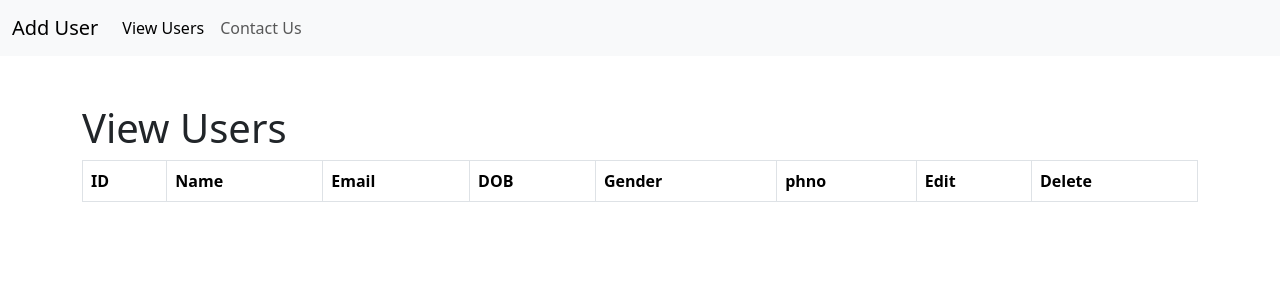
Repository: Parvezi9ahmad/01-MIniProject
Page: http://localhost/view-users
The author's editor kept a copy of each file at every save. The page is drawn from the files as they stood at one save, then again after the next save.
The browser window is 1280 px wide. The pictures show the whole page.
The page is this project's Thymeleaf template; nobody is signed in. The template is opened directly, without the code that normally fills it, so the values that code supplies are empty.

Above is the page before, as saved 2023-12-20 06:20:59.

### 01-Mini-Project-User-Mgmt-App/src/main/resources/templates/view-users.html
<!doctype html>
<html lang="en" xmlns:th="https://www.thymeleaf.org">

<head>
	<meta charset="utf-8">
	<meta name="viewport" content="width=device-width, initial-scale=1">
	<title>Bootstrap demo</title>
	<link href="https://cdn.jsdelivr.net/npm/bootstrap@5.3.2/dist/css/bootstrap.min.css" rel="stylesheet"
		integrity="sha384-T3c6CoIi6uLrA9TneNEoa7RxnatzjcDSCmG1MXxSR1GAsXEV/Dwwykc2MPK8M2HN" crossorigin="anonymous">
</head>

<body>
	<nav class="navbar navbar-expand-lg bg-body-tertiary">
		<div class="container-fluid">
			<a class="navbar-brand" href="/">Add User</a>
			<button class="navbar-toggler" type="button" data-bs-toggle="collapse" data-bs-target="#navbarNav"
				aria-controls="navbarNav" aria-expanded="false" aria-label="Toggle navigation">
				<span class="navbar-toggler-icon"></span>
			</button>
			<div class="collapse navbar-collapse" id="navbarNav">
				<ul class="navbar-nav">
					<li class="nav-item">
						<a class="nav-link active" aria-current="page" href="/users">View Users</a>
					</li>
					<li class="nav-item">
						<a class="nav-link" href="#">Contact Us</a>
					</li>

				</ul>
			</div>
		</div>
	</nav>
	<div class="container mt-5">
		<h1>View Users</h1>
		<table class="table table-bordered table-striped">
			<thead>
				<tr>
					<th>ID</th>
					<th>Name</th>
					<th>Email</th>
					<th>DOB</th>
					<th>Gender</th>
					<th>phno</th>
					<th>Edit</th>
					<th>Delete</th>
				</tr>
			</thead>
			<tbody>
			<tr th:each="user: ${users}">
			<td th:text="${user.userId}"></td>
			<td th:text="${user.fullName}"></td>
			<td th:text="${user.email}"></td>
			<td th:text="${user.dob}"></td>
			<td th:text="${user.gender}"></td>
			<td th:text="${user.phno}"></td>
			<td><a href="#" class="btn btn-primary">Edit</a></td>
			<td><a href="#" class="btn btn-danger">Delete</a></td>

			</tr>
			</tbody>
		</table>

		</form>
	</div>
	<script src="https://cdn.jsdelivr.net/npm/bootstrap@5.3.2/dist/js/bootstrap.bundle.min.js"
		integrity="sha384-C6RzsynM9kWDrMNeT87bh95OGNyZPhcTNXj1NW7RuBCsyN/o0jlpcV8Qyq46cDfL"
		crossorigin="anonymous"></script>
</body>

</html>

After the next save:
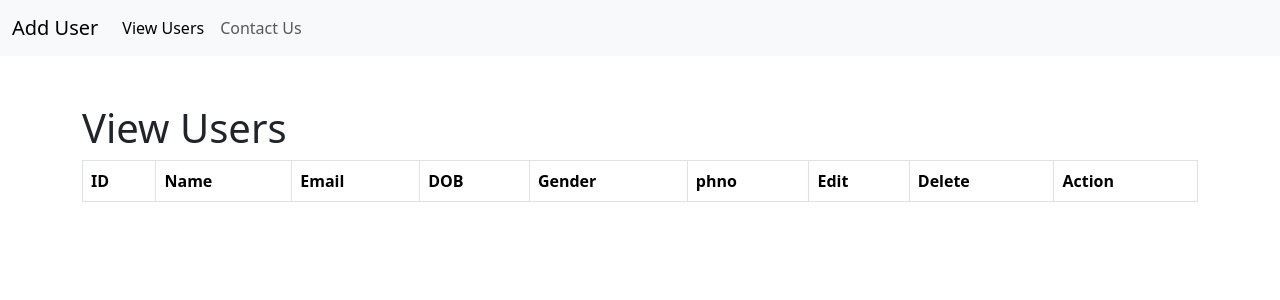
Saved 2 min 0 s later.
--- a/01-Mini-Project-User-Mgmt-App/src/main/resources/templates/view-users.html
+++ b/01-Mini-Project-User-Mgmt-App/src/main/resources/templates/view-users.html
@@ -43,6 +43,7 @@
 					<th>phno</th>
 					<th>Edit</th>
 					<th>Delete</th>
+					<th>Action</th>
 				</tr>
 			</thead>
 			<tbody>
@@ -55,6 +56,7 @@
 			<td th:text="${user.phno}"></td>
 			<td><a href="#" class="btn btn-primary">Edit</a></td>
 			<td><a href="#" class="btn btn-danger">Delete</a></td>
+			<td><a href="#" class="btn btn-danger">Activate</a></td>
 
 			</tr>
 			</tbody>
